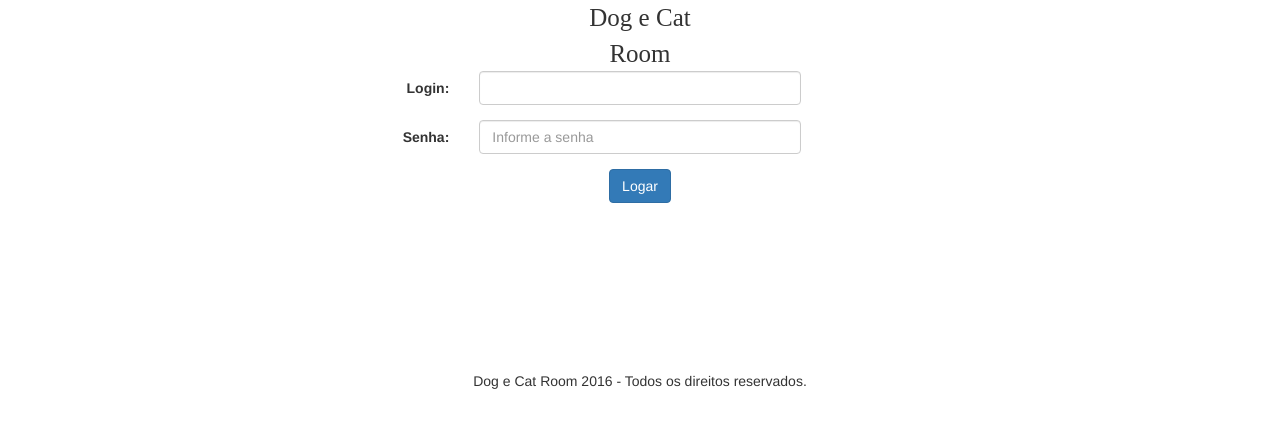
Repository: Natanzx/DogECatRoom
Page: http://localhost/DogECatRoom/login.jsp
The author's editor kept a copy of each file at every save. The page is drawn from the files as they stood at one save, then again after the next save.
The browser window is 1280 px wide. The pictures show the whole page.
The page is served by Tomcat 9.

Above is the page before, as saved 2016-05-15 19:32:53.

After the next save:
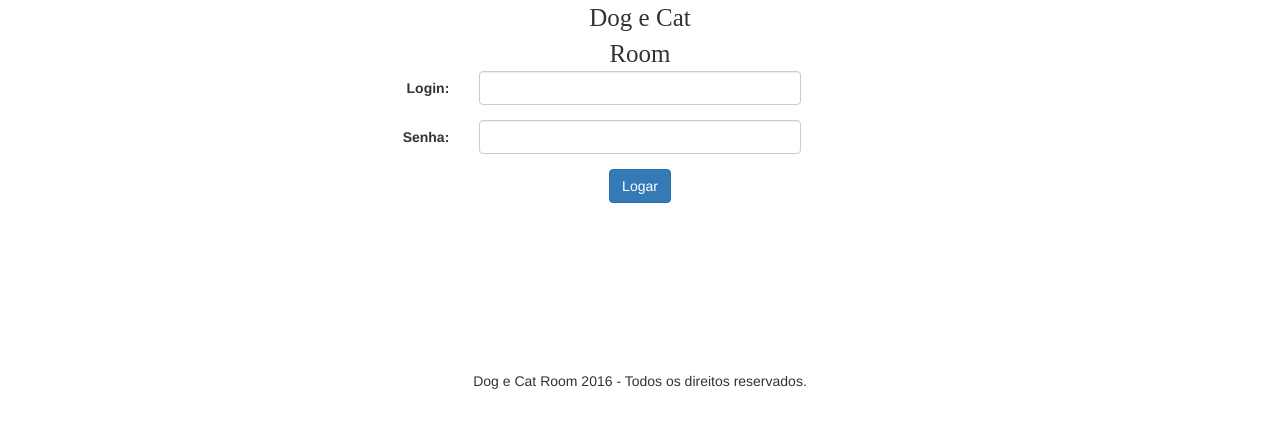
Saved 5 s later.
--- a/DogECatRoom/WebContent/login.jsp
+++ b/DogECatRoom/WebContent/login.jsp
@@ -40,7 +40,7 @@
 						</label>
 						<div class="col-md-4">
 							<input id="passwordinput" name="passwordinput" type="password"
-								placeholder="Informe a senha" class="form-control input-md">
+								class="form-control input-md">
 						</div>
 					</div>
 
